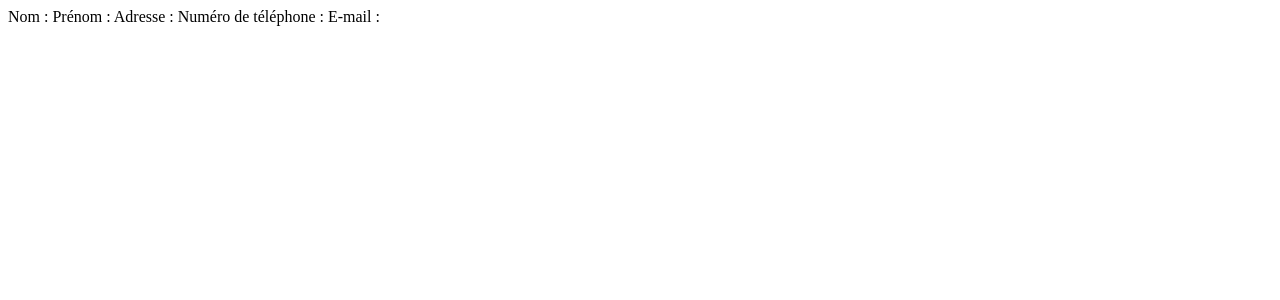
Repository: big73/NFE114
Page: http://localhost/Seance4-step1/CreationClient
The author's editor kept a copy of each file at every save. The page is drawn from the files as they stood at one save, then again after the next save.
The browser window is 1280 px wide. The pictures show the whole page.
The page is served by Tomcat 9. Other server files are loaded and not shown.

Above is the page before, as saved 2016-01-01 22:38:48.

### Seance4-step1/WebContent/afficherClient.jsp
<%@ page language="java" contentType="text/html; charset=UTF-8"
    pageEncoding="UTF-8"%>
<!DOCTYPE html PUBLIC "-//W3C//DTD HTML 4.01 Transitional//EN" "http://www.w3.org/TR/html4/loose.dtd">
<html>
<head>
<meta http-equiv="Content-Type" content="text/html; charset=UTF-8">
<title>Récupération du client</title>
<link rel="stylesheet" href="css/style.css">
</head>
<body>

	<div>

		<label>Nom : ${client.nom }</label>
		<label>Prénom : ${client.prenom }</label>
		<label>Adresse : ${client.adresse }</label>
		<label>Numéro de téléphone : ${client.phone }</label>
		<label>E-mail : ${client.mail }</label>

	</div>
</body>
</html>

### Seance4-step1/WebContent/WEB-INF/taglibs.jsp
<%@ page language="java" contentType="text/html; charset=UTF-8" pageEncoding="UTF-8"%>
<%@ taglib uri="http://java.sun.com/jsp/jstl/core" prefix="c" %>
<%@ taglib uri="http://java.sun.com/jsp/jstl/functions" prefix="fn" %>
<!DOCTYPE html PUBLIC "-//W3C//DTD HTML 4.01 Transitional//EN" "http://www.w3.org/TR/html4/loose.dtd">
<html>
<head>
<meta http-equiv="Content-Type" content="text/html; charset=UTF-8">
<title>Taglibs Repo</title>
</head>
<body>

</body>
</html>

### Seance4-step1/src/com/ipst/cnam/control/CreationClient.java
package com.ipst.cnam.control;

import java.io.IOException;
import java.io.PrintWriter;

import javax.servlet.ServletException;
import javax.servlet.annotation.WebServlet;
import javax.servlet.http.HttpServlet;
import javax.servlet.http.HttpServletRequest;
import javax.servlet.http.HttpServletResponse;

import com.ipst.cnam.entities.Client;

/**
 * Servlet implementation class CreationClient
 */
@WebServlet("/CreationClient")
public class CreationClient extends HttpServlet {
	private static final long serialVersionUID = 1L;

    /**
     * @see HttpServlet#HttpServlet()
     */
    public CreationClient() {
        super();
        // TODO Auto-generated constructor stub
    }

	/**
	 * @see HttpServlet#doGet(HttpServletRequest request, HttpServletResponse response)
	 */
	protected void doGet(HttpServletRequest request, HttpServletResponse response) throws ServletException, IOException {
		response.getWriter().append("Served at: ").append(request.getContextPath());
		PrintWriter out = response.getWriter();

		String nom = request.getParameter("nom");
		String prenom = request.getParameter("prenom");
		String adresse = request.getParameter("adresse");
		String phone = request.getParameter("phone");
		String mail = request.getParameter("mail");

		Client client = new com.ipst.cnam.entities.Client(nom, prenom, adresse, phone, mail);
		request.setAttribute("client", client);

		request.getRequestDispatcher("afficherClient.jsp").forward(request, response);
	}

	/**
	 * @see HttpServlet#doPost(HttpServletRequest request, HttpServletResponse response)
	 */
	protected void doPost(HttpServletRequest request, HttpServletResponse response) throws ServletException, IOException {
		// TODO Auto-generated method stub
		doGet(request, response);
	}

}

### Seance4-step1/src/com/ipst/cnam/entities/Client.java
package com.ipst.cnam.entities;

import java.io.Serializable;

public class Client implements Serializable {

	private String nom;
	private String prenom;
	private String adresse;
	private String phone;
	private String mail;

	public Client(String paramNom,
			String paramPrenom,
			String paramAdresse,
			String paramPhone,
			String paramMail)
	{
		this.nom = paramNom;
		this.prenom = paramPrenom;
		this.adresse = paramAdresse;
		this.phone = paramPhone;
		this.mail = paramMail;
	}

	public String getNom() {
		return nom;
	}

	public void setNom(String nom) {
		this.nom = nom;
	}

	public String getPrenom() {
		return prenom;
	}

	public void setPrenom(String prenom) {
		this.prenom = prenom;
	}

	public String getAdresse() {
		return adresse;
	}

	public void setAdresse(String adresse) {
		this.adresse = adresse;
	}

	public String getPhone() {
		return phone;
	}

	public void setPhone(String phone) {
		this.phone = phone;
	}

	public String getMail() {
		return mail;
	}

	public void setMail(String mail) {
		this.mail = mail;
	}



}

### Seance4-step1/WebContent/css/style.css
.actionneur
{
	margin-left : 20px;
}

fieldset {
    border-color: blue;
    margin : 20px;
    padding : 20px;
}


form label
{
    float: left;
    width: 200px;
}

.mandatory
{
	color : red;
}

After the next save:
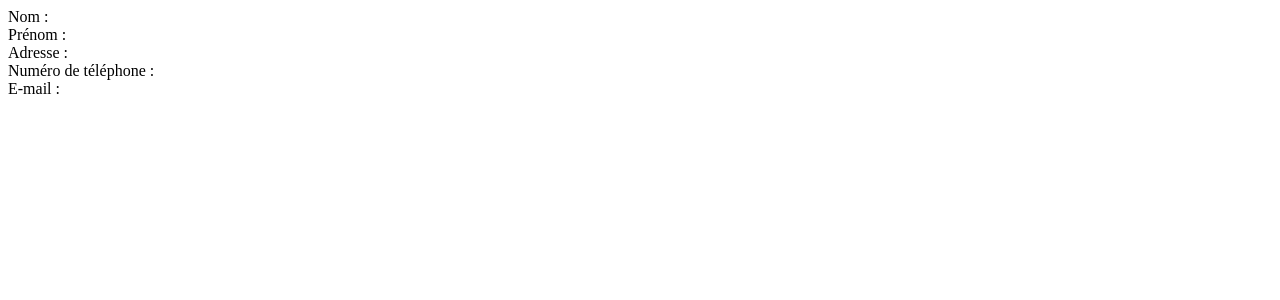
Saved 28 s later.
--- a/Seance4-step1/WebContent/afficherClient.jsp
+++ b/Seance4-step1/WebContent/afficherClient.jsp
@@ -11,11 +11,11 @@
 
 	<div>
 
-		<label>Nom : ${client.nom }</label>
-		<label>Prénom : ${client.prenom }</label>
-		<label>Adresse : ${client.adresse }</label>
-		<label>Numéro de téléphone : ${client.phone }</label>
-		<label>E-mail : ${client.mail }</label>
+		<label>Nom : ${client.nom }</label><br>
+		<label>Prénom : ${client.prenom }</label><br>
+		<label>Adresse : ${client.adresse }</label><br>
+		<label>Numéro de téléphone : ${client.phone }</label><br>
+		<label>E-mail : ${client.mail }</label><br>
 
 	</div>
 </body>
